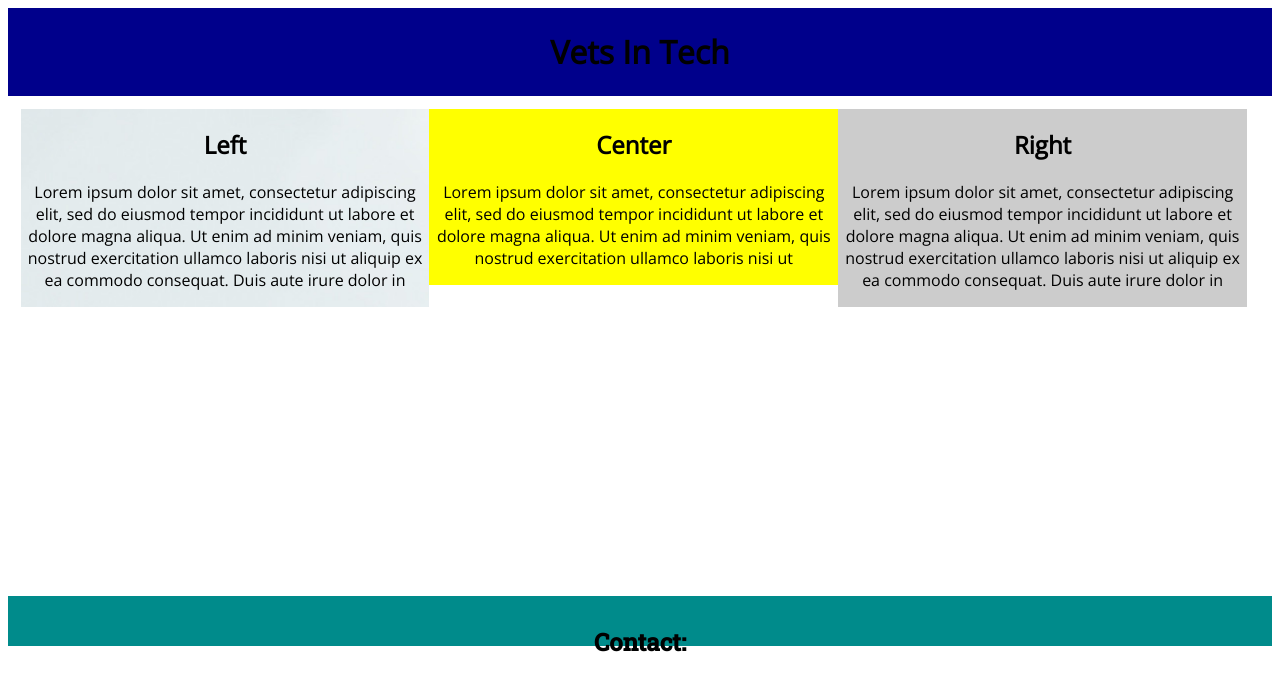
Repository: 3EyEdRav3n/10-2020-cohort-course
Page: week-1/Week-1 Assignment/index.html
These files come from the project's save history. The page is drawn as it stood at one moment and after the next save; the edit follows.
The browser window is 1280 px wide. The pictures show the whole page.

Above is the page before, as saved 2020-11-01 21:02:06.

### week-1/Week-1 Assignment/index.html
<!DOCTYPE html>
<html lang="en">
  <head>
    <meta charset="UTF-8" />
    <meta name="viewport" content="width=device-width, initial-scale=1.0" />
    <link rel="stylesheet" href="./styles.css" />
    <link
      href="https://fonts.googleapis.com/css2?family=Open+Sans&display=swap"
      rel="stylesheet"
    />
    <link
      href="https://fonts.googleapis.com/css2?family=Open+Sans&family=Roboto+Slab:wght@500&display=swap"
      rel="stylesheet"
    />

    <title>VetTech</title>
  </head>
  <body>
    <div class="header">
      <h1>Vets In Tech</h1>
    </div>
    <div class="container">
      <div class="left-col">
        <h2>Left</h2>
        <p>
          Lorem ipsum dolor sit amet, consectetur adipiscing elit, sed do
          eiusmod tempor incididunt ut labore et dolore magna aliqua. Ut enim ad
          minim veniam, quis nostrud exercitation ullamco laboris nisi ut
          aliquip ex ea commodo consequat. Duis aute irure dolor in
        </p>
      </div>

      <div class="center-col">
        <h2>Center</h2>
        <p>
          Lorem ipsum dolor sit amet, consectetur adipiscing elit, sed do
          eiusmod tempor incididunt ut labore et dolore magna aliqua. Ut enim ad
          minim veniam, quis nostrud exercitation ullamco laboris nisi ut
        </p>
      </div>
      <div class="right-col">
        <h2>Right</h2>
        <p>
          Lorem ipsum dolor sit amet, consectetur adipiscing elit, sed do
          eiusmod tempor incididunt ut labore et dolore magna aliqua. Ut enim ad
          minim veniam, quis nostrud exercitation ullamco laboris nisi ut
          aliquip ex ea commodo consequat. Duis aute irure dolor in
        </p>
      </div>
    </div>
    <div class="footer">
      <h2>Contact:</h2>
    </div>
  </body>
</html>

### week-1/Week-1 Assignment/styles.css

.header{
        font-family: 'Roboto Slab', serif;
        background-color: darkblue;
        text-align: center;
        padding:1px;

}
.container{
        font-family: 'Open Sans', sans-serif;
        min-height:500px;
        padding: 1%;
        box-sizing: border-box;
}
.left-col{
        background-image: url("/images/lincoln.jpg");
        background-color: #cccccc;
        text-align: center;
        width: 33%;
        float: left;
}
.center-col{
        background-color: yellow;
        text-align: center;
        width: 33%;
        float: left;
}
.right-col{
        background-color: #cccccc;
        width: 33%;
        text-align: center;
        float: left;
}
.footer{
        clear: both;
        font-family: 'Roboto Slab', serif;
        background-color: darkcyan;
        text-align: center;
        height: 50px;
        padding-top: 10px;
        box-sizing: border-box;
}


h1 {
        font-family: 'Open Sans', sans-serif;
}

After the next save:
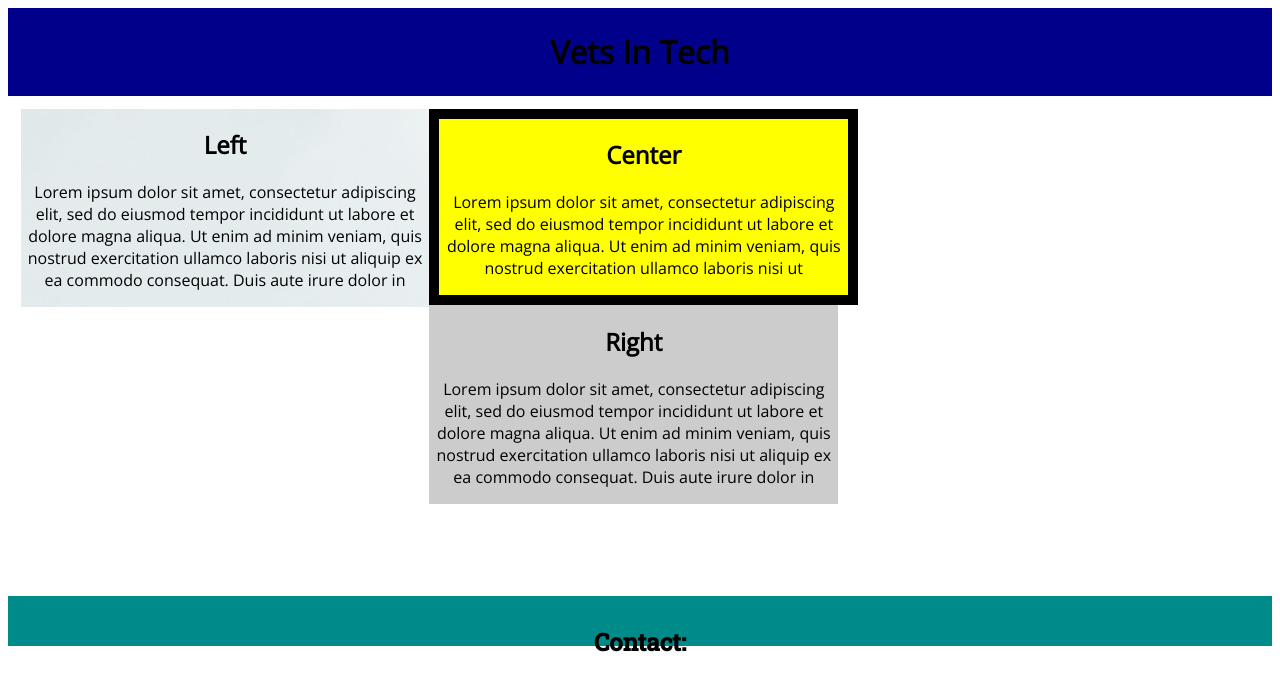
Saved 18 min 5 s later.
--- a/week-1/Week-1 Assignment/styles.css
+++ b/week-1/Week-1 Assignment/styles.css
@@ -21,6 +21,7 @@
 }
 .center-col{
         background-color: yellow;
+        border: 10px solid;
         text-align: center;
         width: 33%;
         float: left;
